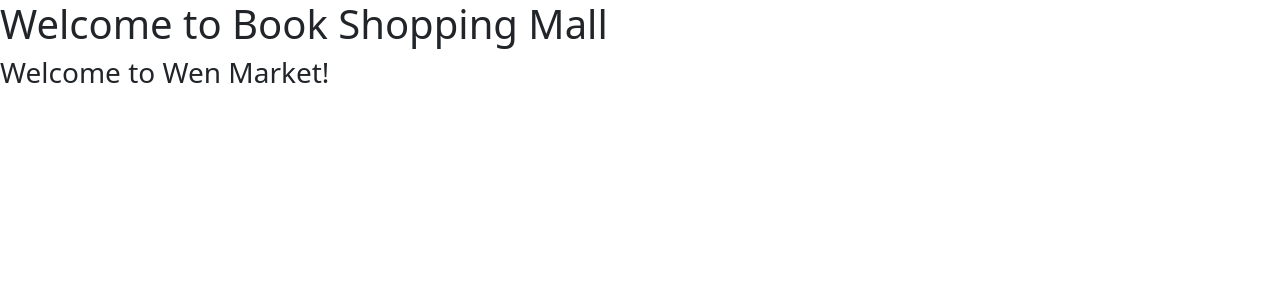
Repository: Sanetuk/jspprojects
Page: http://localhost/bookmarket/menu.jsp
An editor plug-in stored every save of this project. The page is shown before and after the next save, followed by the edit.
The browser window is 1280 px wide. The pictures show the whole page.
The page is served by Tomcat 9. Other server files are loaded and not shown.

Above is the page before, as saved 2024-08-06 07:45:28.

### bookmarket/src/main/webapp/menu.jsp
<%@ page language="java" contentType="text/html; charset=UTF-8"
    pageEncoding="UTF-8"%>
<!DOCTYPE html>
<html>
<head>
<link href="https://cdn.jsdelivr.net/npm/bootstrap@5.0.2/dist/css/bootstrap.min.css" rel="stylesheet" integrity="sha384-EVSTQN3/azprG1Anm3QDgpJLIm9Nao0Yz1ztcQTwFspd3yD65VohhpuuCOmLASjC" crossorigin="anonymous">
<meta charset="UTF-8">
<title>Insert title here</title>
</head>
<body>
	<%!
		String greeting = "Welcome to Book Shopping Mall";
		String tagline = "Welcome to Wen Market!";
	%>
	<h1><%= greeting %></h1>
	<h3><%= tagline %></h3>
</body>
</html>

After the next save:
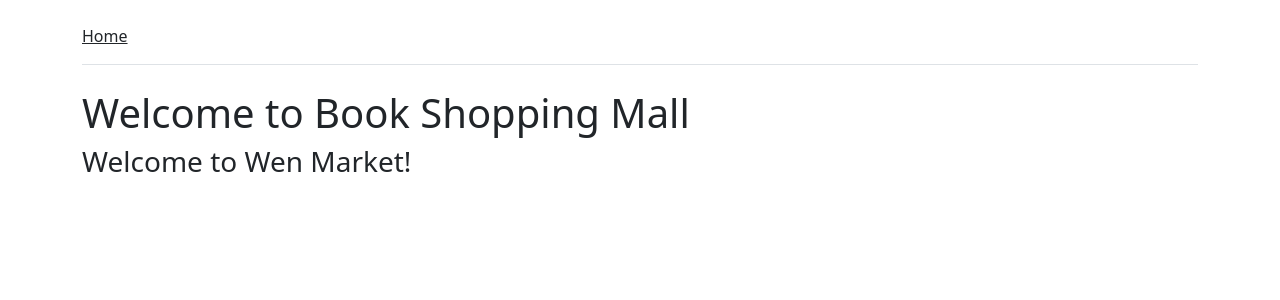
Saved 3 min 33 s later.
--- a/bookmarket/src/main/webapp/menu.jsp
+++ b/bookmarket/src/main/webapp/menu.jsp
@@ -3,16 +3,24 @@
 <!DOCTYPE html>
 <html>
 <head>
-<link href="https://cdn.jsdelivr.net/npm/bootstrap@5.0.2/dist/css/bootstrap.min.css" rel="stylesheet" integrity="sha384-EVSTQN3/azprG1Anm3QDgpJLIm9Nao0Yz1ztcQTwFspd3yD65VohhpuuCOmLASjC" crossorigin="anonymous">
+<link href="https://cdn.jsdelivr.net/npm/bootstrap@5.0.2/dist/css/bootstrap.min.css"
+	rel="stylesheet"
+	integrity="sha384-EVSTQN3/azprG1Anm3QDgpJLIm9Nao0Yz1ztcQTwFspd3yD65VohhpuuCOmLASjC"
+	crossorigin="anonymous">
 <meta charset="UTF-8">
 <title>Insert title here</title>
 </head>
 <body>
+	<div class="container py-4">
+		<header class="pb-3 mb-4 border-bottom">
+			<a href="welcome.jsp" class="d-flex align-items-center text-dark test-decoration-none">Home</a>
+		</header>
 	<%!
 		String greeting = "Welcome to Book Shopping Mall";
 		String tagline = "Welcome to Wen Market!";
 	%>
 	<h1><%= greeting %></h1>
 	<h3><%= tagline %></h3>
+	</div>
 </body>
 </html>
